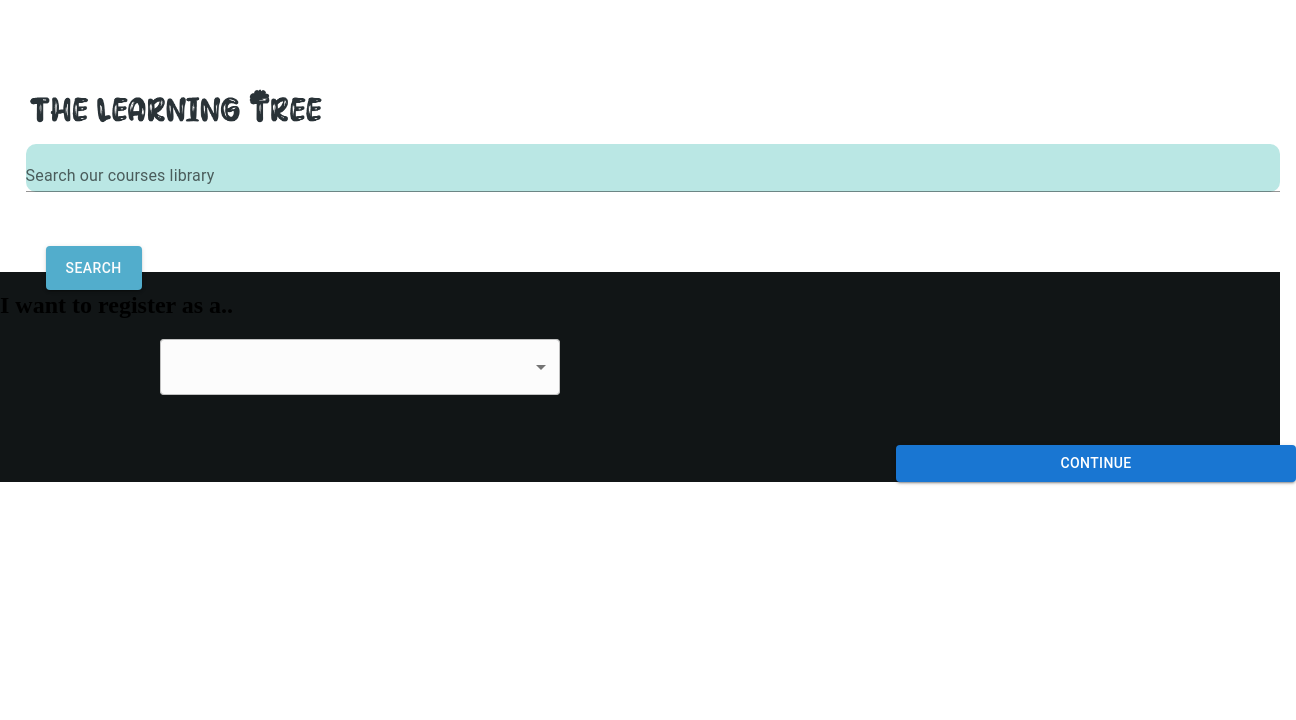
Repository: alafty/ACML-Project
Page: /register (app in frontend/)
These files come from the project's save history. The page is drawn as it stood at one moment and after the next save; the edit follows.
The browser window is 1280 px wide. The page is 1296 px wide, so the pictures cover 1296 px, including what lies to the right of the window. The pictures show the whole page.
The project was rebuilt for these pictures with package versions that can differ from the ones it lists, and the page was loaded fresh each time. Also part of the build but not shown: frontend/src/utils/authUtils.ts, frontend/src/app/UsersServices.ts, frontend/src/pages/Login/Login.tsx, frontend/src/pages/Login/ForgotPassword.tsx, frontend/src/pages/Login/ResetPassword.tsx, frontend/src/components/searchAppBar.tsx, frontend/src/components/courseCard.tsx, frontend/src/components/coursesSector.tsx and 16 more. Imported but missing from the stored project, and not drawn on this page: frontend/src/pages/Course/CourseDetails, frontend/src/pages/Legal/Legal, frontend/src/reportWebVitals.

Above is the page before, as saved 2023-01-02 12:17:33.

After the next save:
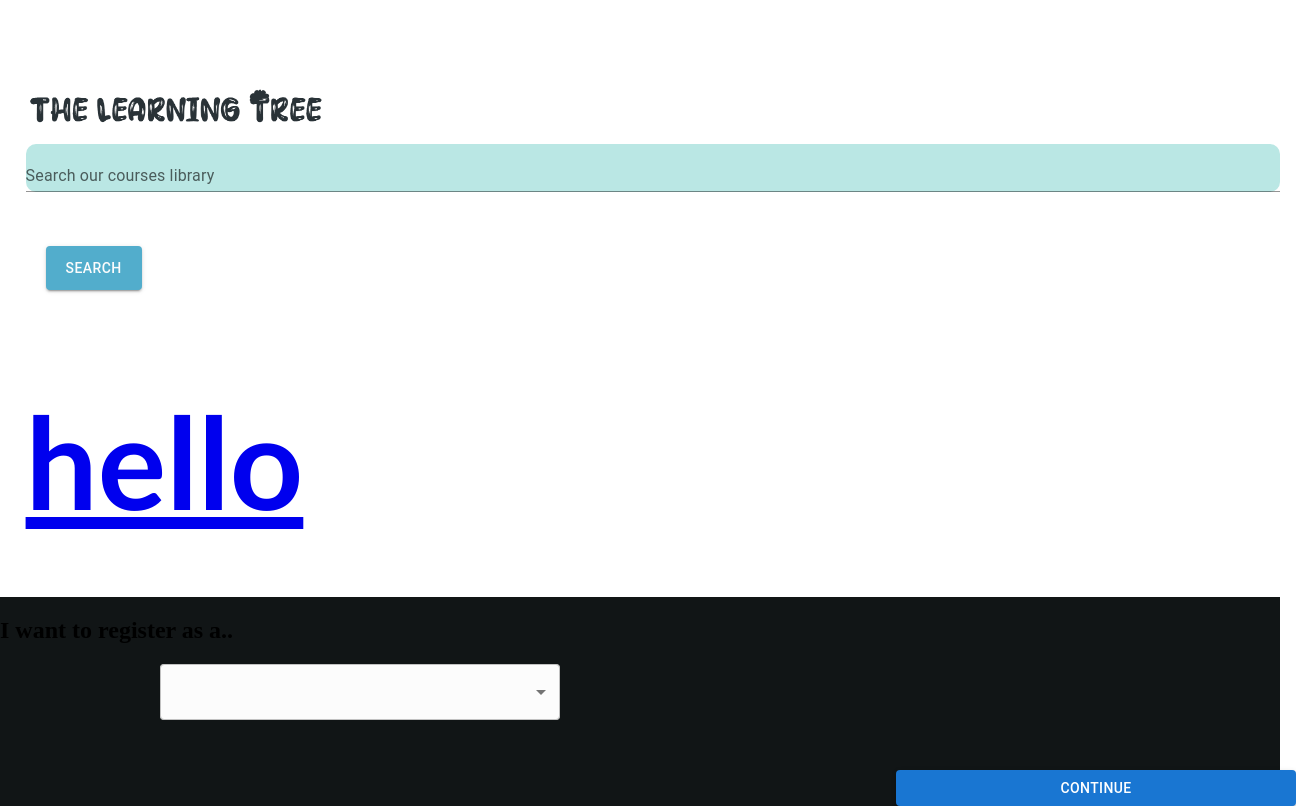
Saved 54 s later.
--- a/frontend/src/components/header.tsx
+++ b/frontend/src/components/header.tsx
@@ -39,6 +39,9 @@ const Header = ()=> {
         <TextField label="Search our courses library" variant="standard" className='search-bar' id='searchTerm' name="searchTerm" onChange={handleChange} />
         <Link to={'/searchResults'}>
         <Button variant="contained" id='button-search' onClick={onClick}> Search </Button>
+        <div>
+          <h1>hello</h1>
+        </div>
         </Link>
 
       </div>
